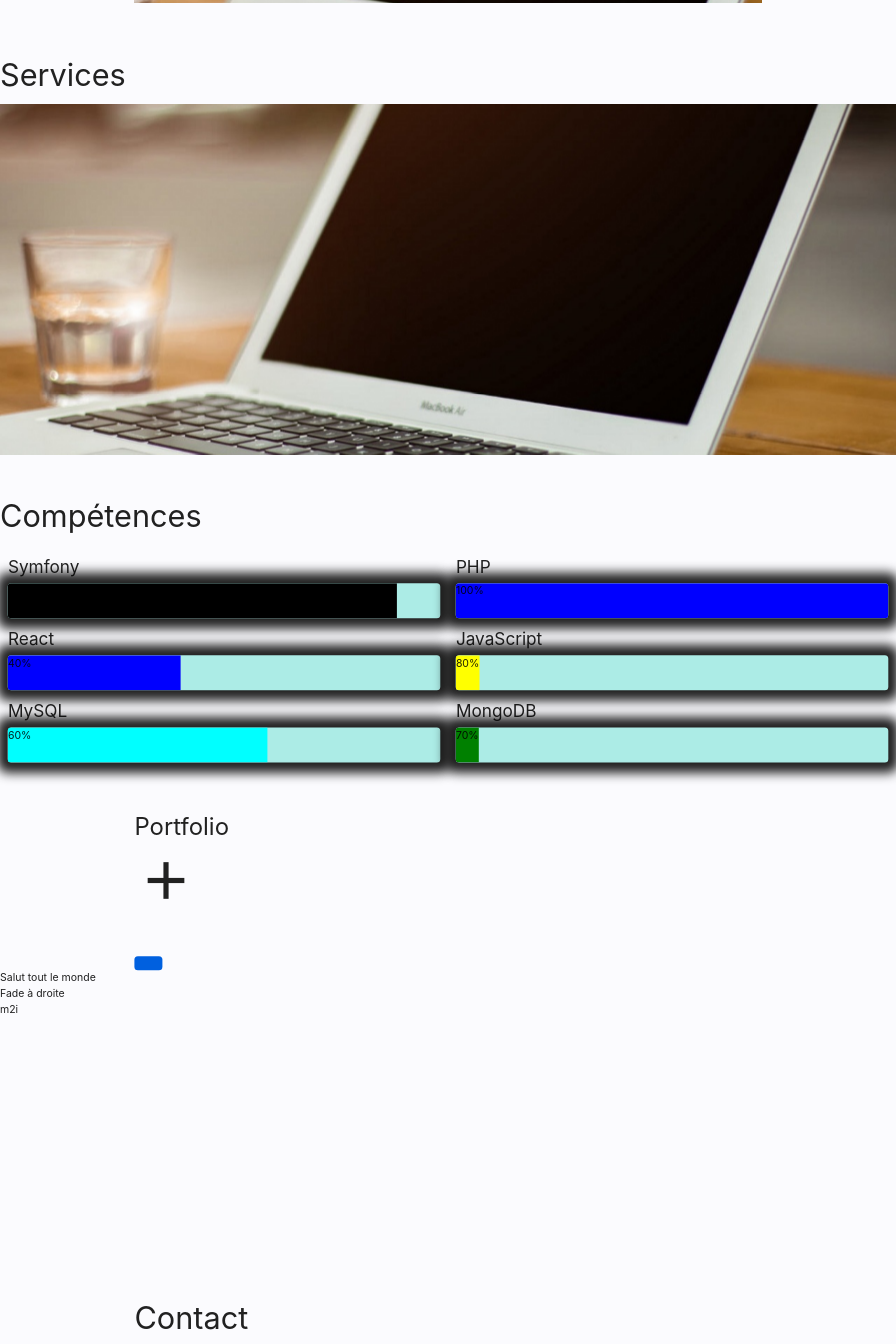
Repository: duncanidaho14/mavitrine
Page: index.html
These files come from the project's save history. The page is drawn as it stood at one moment and after a run of saves; the edit follows.
The browser window is 1280 px wide. The pictures show the part of the page from y = 1233 to 3153 px (the page is 4178 px tall), at 70% of full size.

Above is the page before, as saved 2021-06-15 19:31:56.

### index.html
<!DOCTYPE html>
<html lang="fr">
<head>
    <meta charset="UTF-8">
    <meta http-equiv="X-UA-Compatible" content="IE=edge">
    <meta name="viewport" content="width=device-width, initial-scale=1.0">
    <meta name="description" content="">
    <meta name="theme-color" content="#84db94">
    <!-- Compiled and minified CSS -->
    <link href="https://fonts.googleapis.com/icon?family=Material+Icons" rel="stylesheet">
    <link rel="stylesheet" href="https://cdnjs.cloudflare.com/ajax/libs/materialize/1.0.0/css/materialize.min.css">
    <link href="https://unpkg.com/aos@2.3.1/dist/aos.css" rel="stylesheet">
    <link rel="stylesheet" href="./assets/css/style.css">
    <title>Elhadi BEDDAREM</title>
</head>
<body>
<div class="inc">

    <header class="container-fluid">
        <div class="row">
            <nav class="navbar-fixed">
                <div class="nav-wrapper">
                    <a id="switch" onclick="toggleTheme()" class="waves-effect waves-light btn-large"><i class="material-icons">airplay</i></a>
                    <a href="#!" class="brand-logo">EB<i class="material-icons">cloud</i></a>
                    <ul class="right hide-on-med-and-down">
                        <li><a href="#services" class="sc"><i class="material-icons">search</i></a></li>
                        <li><a href="#competences"><i class="material-icons">view_module</i></a></li>
                        <li><a href="#parcours"><i class="material-icons">refresh</i></a></li>
                        <li><a href="#contact"><i class="material-icons">more_vert</i></a></li>
                    </ul>
                </div>
            </nav>
            <ul class="sidenav" id="mobile-demo">
                <li><a href="#quisuisje">Qui suis-je ?</a></li>
                <li><a href="#mestechno">Mes techno</a></li>
                <li><a href="#parcours">Parcours</a></li>
                <li><a href="#contact">Contact</a></li>
            </ul>
            <ul id="slide-out" class="sidenav">
                <li>
                    <div class="user-view">
                        <div class="background">
                            <img src="/assets/img/mysql.png" class="circle">
                        </div>
                        <a href="#user"><img class="circle" src="/assets/img/git.png"></a>
                        <a href="#name"><span class="black-text name">Elhadi Beddarem</span></a>
                        <a href="#email"><span class="black-text email">elhadibeddarem@gmail.com</span></a>
                    </div>
                </li>
                <li><a href="https://codeintheshell.fr" target="_blank"><i class="material-icons">cloud</i>Autre site : codeintheshell.fr</a></li>
                <li><a href="https://shtex.fr/">Autre site : shtex.fr</a></li>
                <li><a href="http://shtexworld.fr/">Autre site : shtexworld.fr</a></li>
                <li>
                    <div class="divider"></div>
                </li>
                <li><a class="subheader">séparateur</a></li>
                <li><a class="waves-effect" href="./assets/img/cvelhadi.pdf" download="cvelhadi"><i class="material-icons">cloud_download</i> CV Download</a></li>
            </ul>
            <a href="#" data-target="slide-out" class="sidenav-trigger"><i class="material-icons">menu</i></a>
        </div>
    </header>

    <section class="container">
        <article class="row">
            <h1 class="elhadi-title" data-aos="fade-right">Elhadi BEDDAREM</h1>
            <h2 data-aos="fade-left">Concepteur d'Application Web</h2>
            <div class="carousel" data-aos="zoom-in-left">
                <a class="carousel-item" href="#two!"><img src="./assets/img/react.png"></a>
                <a class="carousel-item" href="#one!"><img src="./assets/img/symfony.png"></a>
                <a class="carousel-item" href="#three!"><img src="./assets/img/mysql.png"></a>
                <a class="carousel-item" href="#four!"><img src="./assets/img/git.png"></a>
                <a class="carousel-item" href="#five!"><img src="./assets/img/javascript.png"></a>
            </div>

            <div class="parallax-container" data-aos="zoom-in-left">
                <div class="parallax">
                    <img src="./assets/img/ordinateur-de-bureau-pc.jpg" alt="ordinateur de bureau"/>
                </div>
            </div>
        </article>


    </section>

    <section class="container-fluid">
        <div id="services" class="section scrollspy"></div>
        <article class="row services">
            <h3>Services</h3>
            <div class="parallax-container" data-aos="zoom-in-right">
                <div class="parallax">
                    <img src="./assets/img/ordinateur-de-bureau-pc.jpg" alt="ordinateur de bureau"/>
                </div>
            </div>
        </article>
    </section>

    <section class="container-fluid section scrollspy" data-aos="fade-up" id="competences">
        <article class="row competences">
            <h3>Compétences</h3>

                <div class="col s6 ">
                    <h5 class="title-five">Symfony</h5>
                    <div class="progress bar">
                        <div class="determinate symfony" data-done="90">90%</div>
                    </div>
                    <h5 class="title-five">React</h5>
                    <div class="progress bar">
                        <div class="determinate react" data-done="40">40%</div>
                    </div>
                    <h5 class="title-five">MySQL</h5>
                    <div class="progress bar">
                        <div class="determinate mysql" data-done="60">60%</div>
                    </div>
                </div>
                <div class="col s6">
                    <h5 class="title-five">PHP</h5>
                    <div class="progress bar">
                        <div class="determinate php" data-done="100">100%</div>
                    </div>
                    <h5 class="title-five">JavaScript</h5>
                    <div class="progress bar">
                        <div class="determinate javascript" data-done="80">80%</div>
                    </div>
                    <h5 class="title-five">MongoDB</h5>
                    <div class="progress bar">
                        <div class="determinate mongodb" data-done="70">70%</div>
                    </div>
                </div>
        </article>

    </section>

    <aside class="container">
        <article class="row">
            <h4>Portfolio</h4>
            <p><i class="material-icons large">add</i></p>
            <div id="search" class="section scrollspy"></div>
        </article>
        <button></button>
    </aside>




<div data-aos="fade-up">Salut tout le monde</div>



<div data-aos="fade-right">Fade à droite</div>


<div class="fadeup" data-aos="fade-up"
    data-aos-anchor-placement="top-center">
        m2i
</div>
<section class="container">
    <article class="row">
        <h3>Contact</h3>
        <form action="./contact.php" method="POST">
            <input type="text" class="input-group-text" placeholder="nom">
            <input type="email" class="input-group-text" placeholder="email">
            <a class="waves-effect waves-light btn"><i class="material-icons right">cloud</i>Envoyer</a>        </form>

    </article>
</section>

    <footer>
        <p>
                En 2016, un ami m'a mis le pied à l'étriller en me montrant PHP et MySQL.
                Alors je me suis formé au joie du code et m'orienté dans le domaine du web.
                J'ai commencé à suivre des formations sur des plateformes gratuites telle que youtube, freecodecamp
                mais aussi payantes telle que udemy.
            </p>
            <p>En 2017, j'ai travaillé chez FTL Express, une société chinoise de livraison de colis.
                Nous avions pour projet une application d'impression de timbres postaux.
                Le but étant de facilité l'envoie de colis postaux vers la chine pour les personnes chinoises vivant en France. Ceux là leur simplifie  la vie puisqu'il n'ont pas
                à faire la queue à la poste pour l'envoie de leur colis.
                Coté front nous avons utilisé Vue JS et coté back Java. En temps que développeur front-end je suis responsable de la qualité de mon code<br>
                - Migration Vue 2.* et Int8 de l'application<br>
                - Implémentationde fonctionnalité d’importation de CSV
                - Test Unitaire et fonctionnel.<br>
                et de PDF<br>
                <span>Environnement technique: Vue JS, Node JS, Express,
                Element io, Chai, Mocha, SCRUM.</span>
            </p>

            <p>En 2018, j'ai travaillé pour la société Azzerisk Advantage basée à saint Mandé. AZZERISK Advantage est un cabinet indépendant et international proposant
            des solutions complètes en risk management. <br>
                    -         Installation de Cassandra sous windows 10<br>
                    -         Ajout de nouvelles règles de gestion<br>
                    -         Stockage en base de données NoSQL (Cassandra)<br>
                    -         Maintenance évolutive et corrective sur un logiciel de comparaison de stratégie de risk. <br>
                    -         Mise en forme de l’application grâce au flexbox<br>
                    Environnement technique : AngularJS, Oracle, Cassandra, REST, Elasticsearch
            </p>

            <p>En 2019, J'ai travaillé sur des projets personnels : <br>
                <a href="https://shtex.fr" target="_blank">https://shtex.fr</a> est un site en React JS. C'est une SPA connecté à une API REST (the MovieDB). <br>
                <a href="http://shtexworld.fr" target="_blank">https://shtexworld.fr</a> est un site en javascript. Le jeu Snake pour les amateurs ;)<br>
                <a href="http://shtexworld.com"target="_blank" >https://shtexworld.com</a> est un site en React JS. il permet de voir la valeur de la monnaie par rapport au dollar.<br>
            J'ai lu le livre "tête la première dans les design pattern" écrit par Eric Freeman.
            </p>

            <p>En 2020, Développeur fullstack d'une application de calcul du nutriscore avec une solution Symfony 4.3 (twig) :
                <br>
                <a href="https://www.coopin.io/coopincook" target="_blank" rel="noopener noreferrer">https://www.coopin.io/coopincook</a>
                <br>
                <a href="https://cook.readyplayerweb.com/" target="_blank" rel="noopener noreferrer">https://cook.readyplayerweb.com/</a>
                <br>
                Web Scrapping en php de recette de cuisine. Site cuisine AZ, Marmitton, journal des femmes. <br>
                Implémentation de différentes fonctionnalité comme facebook login, facebook share, google sign-in...
                dans le projet symfony.<br>
                Inscription à l'app, connexion à l'app. envoie de mail avec swiftmailer... <br>
                Importation de CSV dans la base de données grâce à une connexion ssh et scp. <br>
                Installation du bundle webpack encore...<br>
                Ecriture de doc technique...<br>
                Site Wordpress avec Elementor.io
            </p>
            <p>
                cours udemy :
                cours d'algo avec matthieu Gaston
                    - algo de tri
                    -
                Octobre 2020<br>
                cours js<br>
                requete HTTP <br>
                function asynchrone<br>
                cours web component HTML5
            </p>
        <div id="footer">
            <p>je fais des macro sur wow</p>
        </div>
    </footer>

</div>

    <!-- Compiled and minified JavaScript -->
    <script src="https://cdnjs.cloudflare.com/ajax/libs/jquery/3.6.0/jquery.js"></script>
    <script src="https://unpkg.com/@popperjs/core@2"></script>
    <script src="https://cdnjs.cloudflare.com/ajax/libs/materialize/1.0.0/js/materialize.min.js"></script>
    <script src="https://unpkg.com/aos@2.3.1/dist/aos.js"></script>
    <script src="./assets/js/index.js"></script>
    <script>
        AOS.init();
    </script>
</body>
</html>

### assets/css/style.css
@font-face {
    font-family: "aladin-v8-latin-regular";
    src:    url("/assets/static/aladin-v8-latin-regular.woff2") format("woff2"),
            url("/assets/static/aladin-v8-latin-regular.woff") format("woff");
}

.theme-light {
    --color-primary: #0060df;
    --color-secondary: #fbfbfe;
    --color-accent: #fd6f53;
    --color-info: #ff9f41;
    --color-prud: #ffcb99;
    --font-color: #000000;
}

.theme-dark {
    --color-primary: #17ed90;
    --color-secondary: #2e6770;
    --color-third: #ff9f41;
    --color-accent: #12cdea;
    --color-info: #00ffff;
    --color-prud: #730100;
    --font-color: #ffffff;
}



* {
    margin: 0;
    padding: 0;
    box-sizing: border-box;
}

html, body {
    scroll-behavior: smooth;
}

.navbar-fixed {
    margin-top: -80px;
    position: fixed;
    z-index: 999;
    background-color: #0060df;
}

a .sidenav-trigger {
    position: relative;
    margin-top: 140px;
    width: 40px;
    height: 40px;
    z-index: 9999;
}

header.container-fluid {
    margin-top: 80px;
    height: auto;
}

.up {
    background-color: bisque;
}

.fadeup {
    width: 200px;
    height: 400px;
}

.inc {

    background: var(--color-secondary);

}

.inc h1 {
    color: var(--font-color);
}

.inc button {
    width: 10px;
    height: 20px;
    color: var(--font-color);
    background: var(--color-primary);
    padding: 10px 20px;
    border: 0;
    border-radius: 5px;
}

#switch {
    background-color: rgba(128, 0, 49, .2);
    top: -5px;
}

.elhadi-title {
    color: #000000;

}

.determinate {
    position: absolute;
}


div.progress.bar {
    height: 50px;
    border-radius: 5px 5px 5px 5px;
    box-shadow: 0px 0px 15px 15px;
}
div.determinate.symfony {
    background-color: #000000;

    height: 50px;
}

.progress>.determinate.symfony {

    width: 0%;
}

.progress>.determinate.react {
    background-color: blue;
}

.progress>.determinate.mysql {
    background-color: aqua;

}

.progress>.determinate.php {
    background-color: blue;
}

.progress>.determinate.javascript {
    background-color: yellow;
}

.progress>.determinate.mongodb {
    background-color: green;
}

### assets/js/index.js
$(document).ready(function(){
    $(".dropdown-trigger").dropdown();
    $('.sidenav').sidenav();
    $('.carousel').carousel();
    $('.parallax').parallax();
    $('.scrollspy').scrollSpy();
});


let competences = document.querySelector(".competences");
let progress = document.querySelectorAll(".progress");
let determinate = document.querySelectorAll(".determinate");
const symfony = document.querySelector('.determinate.symfony');
const react = document.querySelector(".determinate.react");
const mysql = document.querySelector(".determinate.mysql");
const php = document.querySelector(".determinate.php");
const javascript = document.querySelector(".determinate.javascript");
const mongodb = document.querySelector(".determinate.mongodb");
const progressbar = document.querySelector(".progress.bar");

window.addEventListener('scroll', (e) => {

    if (window.scrollY > 650) {
        competences.classList.add('up');
        symfony.style.width = symfony.getAttribute('data-done') + '%';
        react.style.width = react.getAttribute('data-done') + '%';
        mysql.style.width = mysql.getAttribute('data-done') + '%';
        php.style.width = php.getAttribute('data-done') + '%';
        symfony.style.width = symfony.getAttribute('data-done') + '%';
        symfony.style.width = symfony.getAttribute('data-done') + '%';

    }else {
        competences.classList.remove('up');
    }
});

// function loader() {
//     for (let i = 0; i < determinate.length; i++) {
//         const element = determinate[i];

//         //console.log(element);
//         setTimeout(() => {
//             symfony.style.width = element.getAttribute('data-done') + '%';
//             console.log(symfony.style.width)

//         }, 1500);

//         setTimeout(() => {
//             react.style.width = element.getAttribute('data-done') + '%';
//             //console.log(react.style.width);
//             mysql.style.width = element.getAttribute('data-done') + '%';
//             //console.log(mysql.style.width);
//             php.style.width = element.getAttribute('data-done') + '%';
//             javascript.style.width = element.getAttribute('data-done') + '%';
//             mongodb.style.width = element.getAttribute('data-done') + '%';
//         }, 2600);

//     }

// }

/**
 * Permet d'afficher l'onglet d'une couleur différente
 * Ne marche que sur chrome Android
 * @returns Color
 */
function getRandomRGBValue() {
    return Math.min(Math.floor(Math.random() * 255 + 1), 255);
}

function getRandomColor() {
    var r = getRandomRGBValue(),
        g = getRandomRGBValue(),
        b = getRandomRGBValue();
    return "#" + (((1 << 24) + (r << 16) + (g << 8) + b).toString(16).slice(1));
}

function changeThemeColor() {
    var metaThemeColor = document.querySelector("meta[name=theme-color]");
    metaThemeColor.setAttribute("content", getRandomColor());
    setTimeout(function () {
        changeThemeColor();
    }, 3000);
}

changeThemeColor();


// function to set a given theme/color-scheme
function setTheme(themeName) {
    localStorage.setItem('theme', themeName);
    document.documentElement.className = themeName;
}
// function to toggle between light and dark theme
function toggleTheme() {
    if (localStorage.getItem('theme') === 'theme-dark') {
        setTheme('theme-light');
    } else {
        setTheme('theme-dark');
    }
}
// Immediately invoked function to set the theme on initial load
(function () {
    if (localStorage.getItem('theme') === 'theme-dark') {
        setTheme('theme-dark');
    } else {
        setTheme('theme-light');
    }
})();

After the next 2 saves:
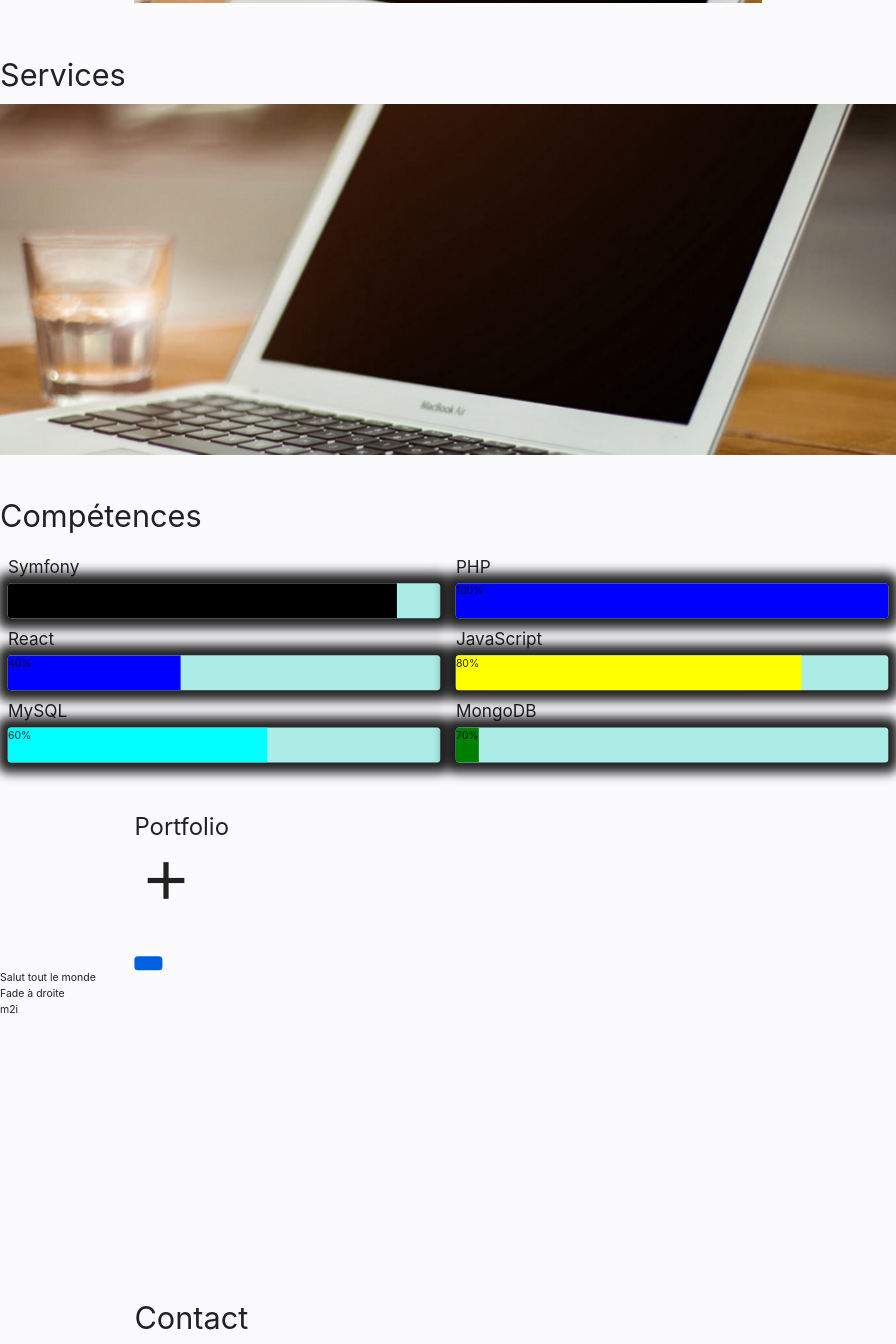
The 2 saves are shown as one change because they came seconds apart.
The last was saved 6 s later.
--- a/assets/js/index.js
+++ b/assets/js/index.js
@@ -26,7 +26,7 @@
         react.style.width = react.getAttribute('data-done') + '%';
         mysql.style.width = mysql.getAttribute('data-done') + '%';
         php.style.width = php.getAttribute('data-done') + '%';
-        symfony.style.width = symfony.getAttribute('data-done') + '%';
+        javascript.style.width = javascript.getAttribute('data-done') + '%';
         symfony.style.width = symfony.getAttribute('data-done') + '%';
 
     }else {
